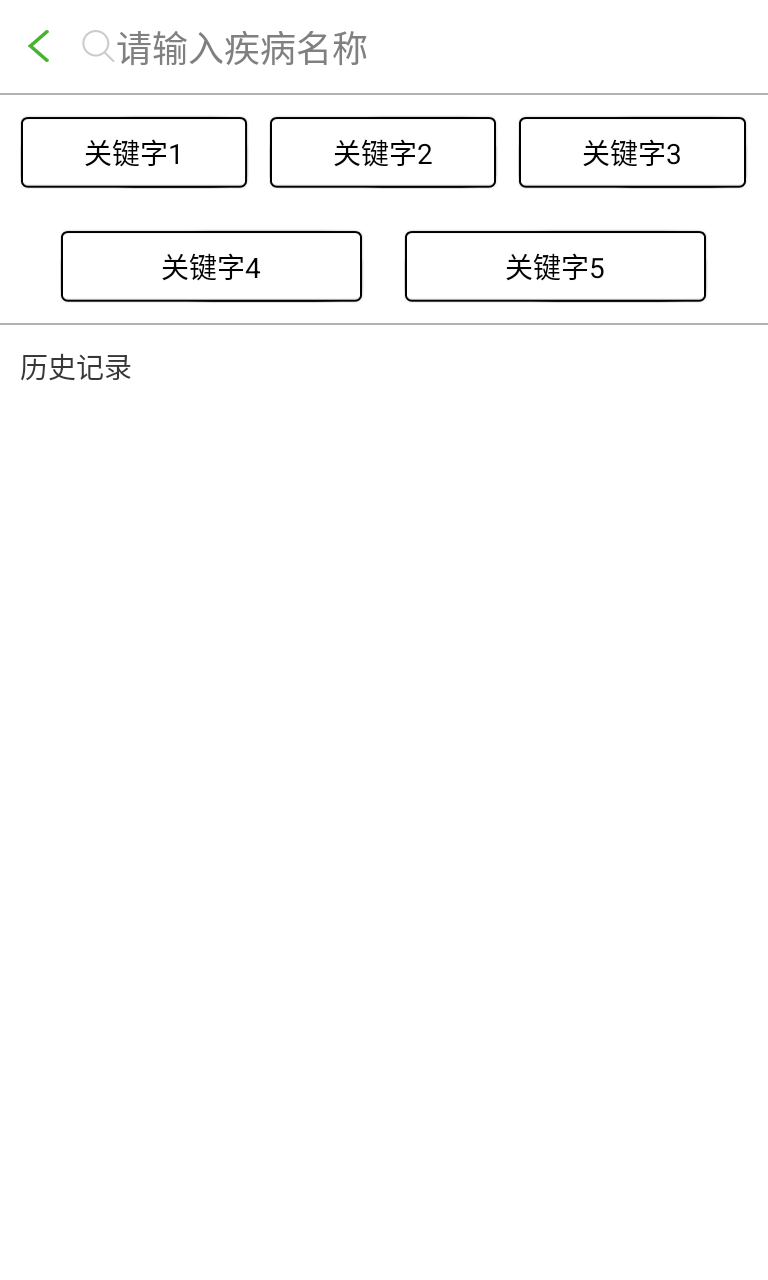
Repository: hjhlove110/XYApp
Layout: XYApp/res/layout/serache_view.xml
The author's editor kept a copy of each file at every save. The layout is drawn from the files as they stood at one save, then again after the next save.
It is drawn on a 768 x 1280 px phone screen (xhdpi) without system bars, with theme Translucent; the app's code is not run.

Above is the layout before, as saved 2015-09-23 05:50:26.

After the next save:
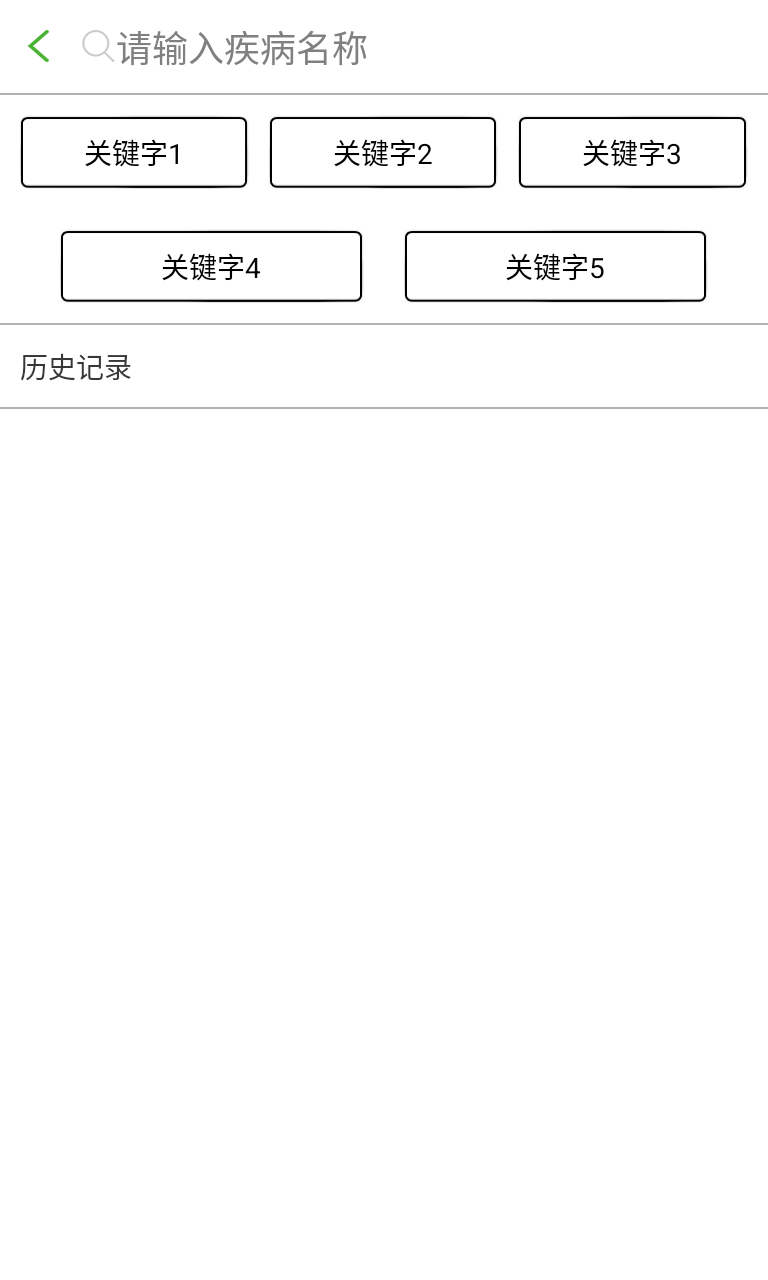
Saved 13 s later.
--- a/XYApp/res/layout/serache_view.xml
+++ b/XYApp/res/layout/serache_view.xml
@@ -115,7 +115,12 @@
         android:layout_height="wrap_content"
         android:gravity="center_vertical"
         android:padding="10dp"
-        android:textColor="#373737"
-        android:text="历史记录" />
+        android:text="历史记录"
+        android:textColor="#373737" />
+
+    <View
+        android:layout_width="match_parent"
+        android:layout_height="1dp"
+        android:background="#b2b2b2" />
 
 </LinearLayout>
